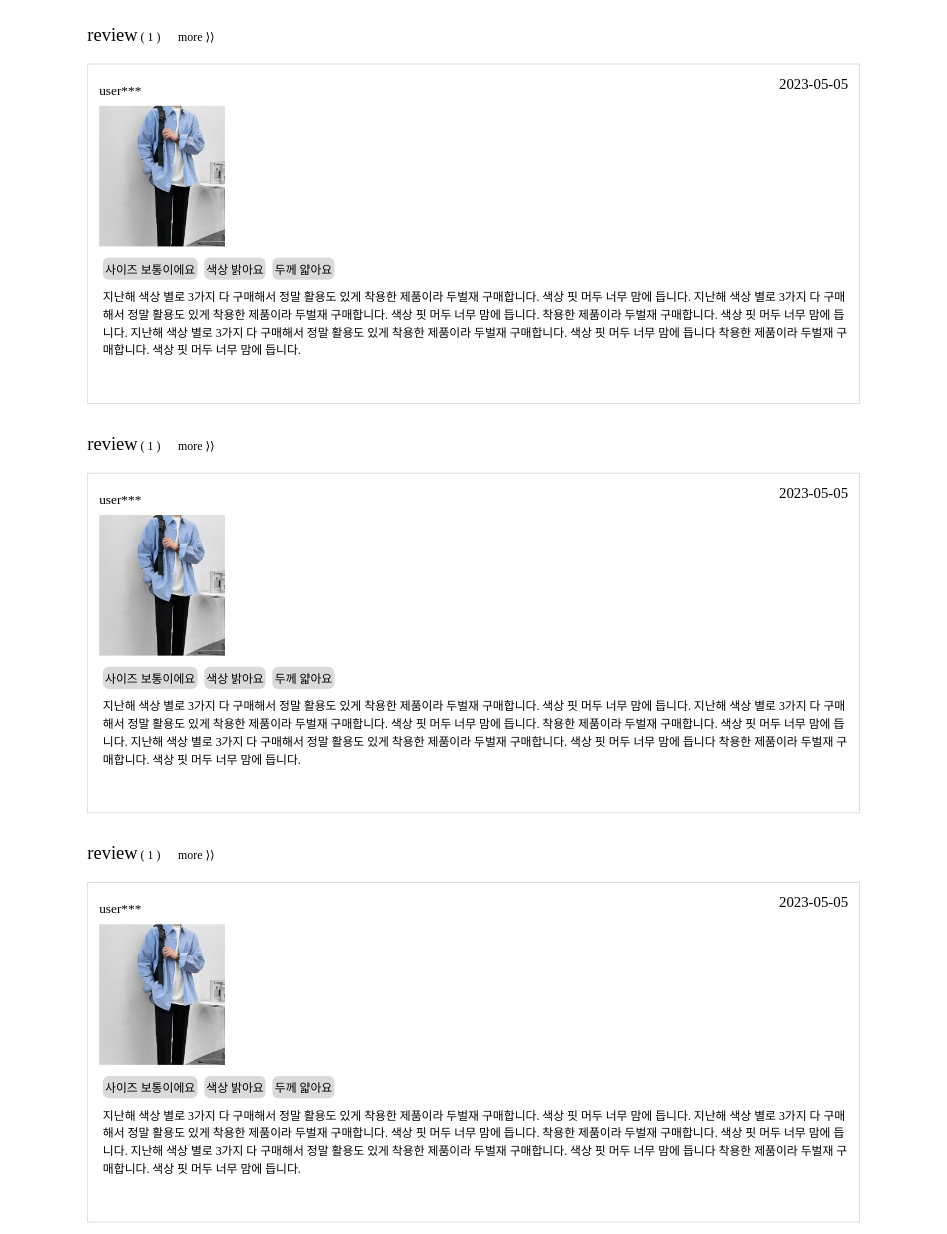
Repository: mcw9503/PassionForFashion
Page: Semi_Project/src/main/webapp/WEB-INF/reviewBoard.html
An editor plug-in stored every save of this project. The page is shown before and after the next save, followed by the edit.
The browser window is 1280 px wide. The pictures show the whole page, at 74% of full size.

Above is the page before, as saved 2023-05-08 13:40:07.

### Semi_Project/src/main/webapp/WEB-INF/reviewBoard.html
<!DOCTYPE html>
<html>
<head>
<meta charset="UTF-8">
<title>Insert title here</title>
</head>
<body>

<style>

.reviewComment {
	display: inline-block;
	background: rgb(218, 218, 218);
	border-radius: 8px;
	padding: 3px;
	color: black;
	margin-left: 5px;
}
</style>

<div class="reviewWrap"
		style="margin-left: 110px; margin-right: 110px; margin-top: 5px; margin-bottom: 15px;">
		<h3 style="display: inline-block; font-size: 25px; font-weight: 200;">review</h3>
		( <span>1</span> )
		<span style="margin-left: 20px; font-weight: 200;"> more &rang;&rang;</span>
		<div class="textbox" style="border: 1px solid lightgray; padding: 15px;">
			<div>
				<div class="nickName"
					style="font-size: 18px; margin-top: 10px; margin-bottom: 10px; display: inline-block; font-weight: 400;">user***</div>
				<span style="float: right; font-size: 20px; font-weight: 200;">2023-05-05</span>
			</div>
			<img src="img/review.jpg" alt=""
				style="width: 170px; height: 190px; display: inline-block; float: left; margin-bottom: 15px" />

			<div style="display: inline-block; width: 100%; margin-bottom: 30px;">
				<span class="reviewComment" style="font-weight: 400;">사이즈 보통이에요</span>
				<span class="reviewComment" style="font-weight: 400;">색상 밝아요</span>
				<span class="reviewComment" style="font-weight: 400;">두께 얇아요</span>

				<p style="margin-left: 5px; margin-top: 10px; font-weight: 200;">지난해 색상 별로 3가지 다
					구매해서 정말 활용도 있게 착용한 제품이라 두벌재 구매합니다. 색상 핏 머두 너무 맘에 듭니다. 지난해 색상 별로 3가지
					다 구매해서 정말 활용도 있게 착용한 제품이라 두벌재 구매합니다. 색상 핏 머두 너무 맘에 듭니다. 착용한 제품이라
					두벌재 구매합니다. 색상 핏 머두 너무 맘에 듭니다. 지난해 색상 별로 3가지 다 구매해서 정말 활용도 있게 착용한
					제품이라 두벌재 구매합니다. 색상 핏 머두 너무 맘에 듭니다 착용한 제품이라 두벌재 구매합니다. 색상 핏 머두 너무 맘에
					듭니다.</p>
			</div>
		</div>
	</div>

	<div class="reviewWrap"
		style="margin-left: 110px; margin-right: 110px; margin-top: 5px; margin-bottom: 15px;">
		<h3 style="display: inline-block; font-size: 25px; font-weight: 200;">review</h3>
		( <span>1</span> )
		<span style="margin-left: 20px; font-weight: 200;"> more &rang;&rang;</span>
		<div class="textbox" style="border: 1px solid lightgray; padding: 15px;">
			<div>
				<div class="nickName"
					style="font-size: 18px; margin-top: 10px; margin-bottom: 10px; display: inline-block; font-weight: 400;">user***</div>
				<span style="float: right; font-size: 20px; font-weight: 200;">2023-05-05</span>
			</div>
			<img src="img/review.jpg" alt=""
				style="width: 170px; height: 190px; display: inline-block; float: left; margin-bottom: 15px" />

			<div style="display: inline-block; width: 100%; margin-bottom: 30px;">
				<span class="reviewComment" style="font-weight: 400;">사이즈 보통이에요</span>
				<span class="reviewComment" style="font-weight: 400;">색상 밝아요</span>
				<span class="reviewComment" style="font-weight: 400;">두께 얇아요</span>

				<p style="margin-left: 5px; margin-top: 10px; font-weight: 200;">지난해 색상 별로 3가지 다
					구매해서 정말 활용도 있게 착용한 제품이라 두벌재 구매합니다. 색상 핏 머두 너무 맘에 듭니다. 지난해 색상 별로 3가지
					다 구매해서 정말 활용도 있게 착용한 제품이라 두벌재 구매합니다. 색상 핏 머두 너무 맘에 듭니다. 착용한 제품이라
					두벌재 구매합니다. 색상 핏 머두 너무 맘에 듭니다. 지난해 색상 별로 3가지 다 구매해서 정말 활용도 있게 착용한
					제품이라 두벌재 구매합니다. 색상 핏 머두 너무 맘에 듭니다 착용한 제품이라 두벌재 구매합니다. 색상 핏 머두 너무 맘에
					듭니다.</p>
			</div>
		</div>
	</div>


	<div class="reviewWrap"
		style="margin-left: 110px; margin-right: 110px; margin-top: 5px; margin-bottom: 15px;">
		<h3 style="display: inline-block; font-size: 25px; font-weight: 200;">review</h3>
		( <span>1</span> )
		<span style="margin-left: 20px; font-weight: 200;"> more &rang;&rang;</span>
		<div class="textbox" style="border: 1px solid lightgray; padding: 15px;">
			<div>
				<div class="nickName"
					style="font-size: 18px; margin-top: 10px; margin-bottom: 10px; display: inline-block; font-weight: 400;">user***</div>
				<span style="float: right; font-size: 20px; font-weight: 200;">2023-05-05</span>
			</div>
			<img src="img/review.jpg" alt=""
				style="width: 170px; height: 190px; display: inline-block; float: left; margin-bottom: 15px" />

			<div style="display: inline-block; width: 100%; margin-bottom: 30px;">
				<span class="reviewComment" style="font-weight: 400;">사이즈 보통이에요</span>
				<span class="reviewComment" style="font-weight: 400;">색상 밝아요</span>
				<span class="reviewComment" style="font-weight: 400;">두께 얇아요</span>

				<p style="margin-left: 5px; margin-top: 10px; font-weight: 200;">지난해 색상 별로 3가지 다
					구매해서 정말 활용도 있게 착용한 제품이라 두벌재 구매합니다. 색상 핏 머두 너무 맘에 듭니다. 지난해 색상 별로 3가지
					다 구매해서 정말 활용도 있게 착용한 제품이라 두벌재 구매합니다. 색상 핏 머두 너무 맘에 듭니다. 착용한 제품이라
					두벌재 구매합니다. 색상 핏 머두 너무 맘에 듭니다. 지난해 색상 별로 3가지 다 구매해서 정말 활용도 있게 착용한
					제품이라 두벌재 구매합니다. 색상 핏 머두 너무 맘에 듭니다 착용한 제품이라 두벌재 구매합니다. 색상 핏 머두 너무 맘에
					듭니다.</p>
			</div>
		</div>
	</div>




</body>
</html>

After the next save:
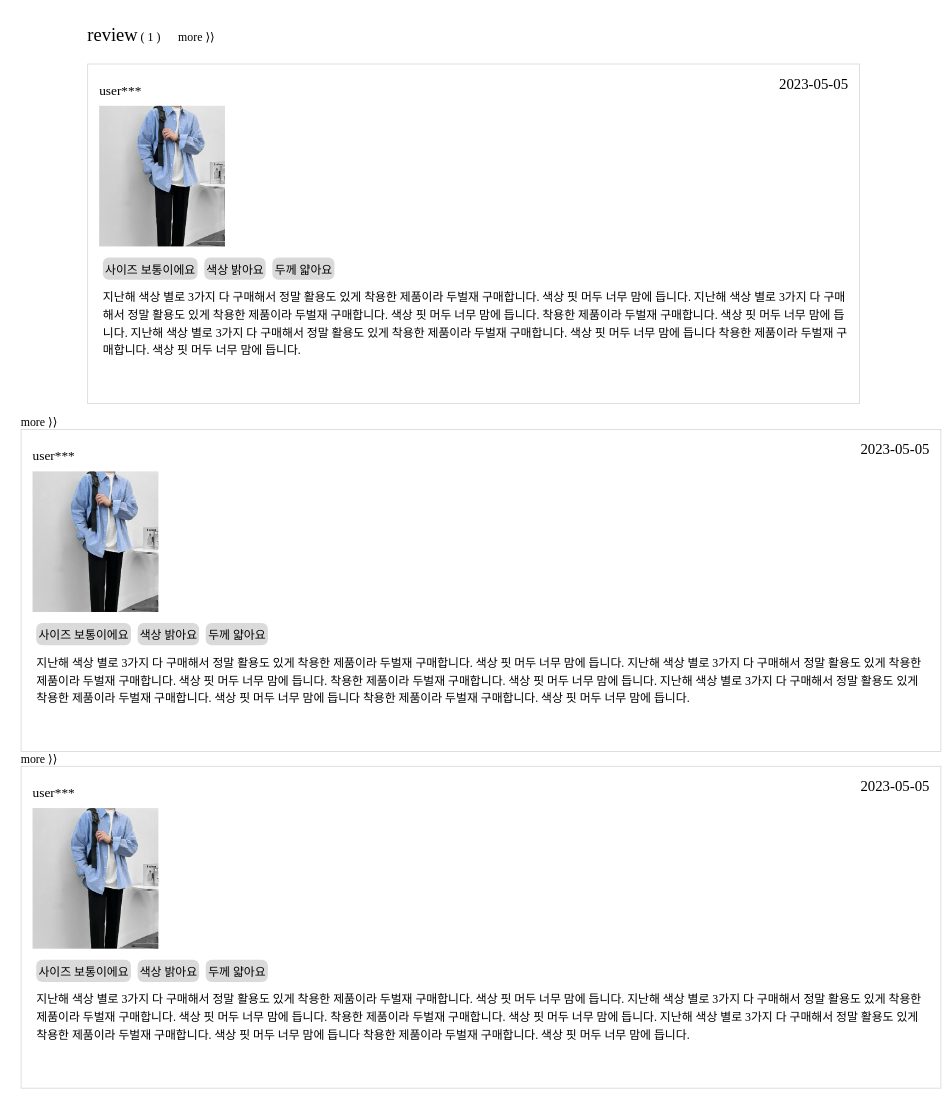
Saved 58 s later.
--- a/Semi_Project/src/main/webapp/WEB-INF/reviewBoard.html
+++ b/Semi_Project/src/main/webapp/WEB-INF/reviewBoard.html
@@ -48,9 +48,6 @@
 	</div>
 
 	<div class="reviewWrap"
-		style="margin-left: 110px; margin-right: 110px; margin-top: 5px; margin-bottom: 15px;">
-		<h3 style="display: inline-block; font-size: 25px; font-weight: 200;">review</h3>
-		( <span>1</span> )
 		<span style="margin-left: 20px; font-weight: 200;"> more &rang;&rang;</span>
 		<div class="textbox" style="border: 1px solid lightgray; padding: 15px;">
 			<div>
@@ -78,9 +75,6 @@
 
 
 	<div class="reviewWrap"
-		style="margin-left: 110px; margin-right: 110px; margin-top: 5px; margin-bottom: 15px;">
-		<h3 style="display: inline-block; font-size: 25px; font-weight: 200;">review</h3>
-		( <span>1</span> )
 		<span style="margin-left: 20px; font-weight: 200;"> more &rang;&rang;</span>
 		<div class="textbox" style="border: 1px solid lightgray; padding: 15px;">
 			<div>
